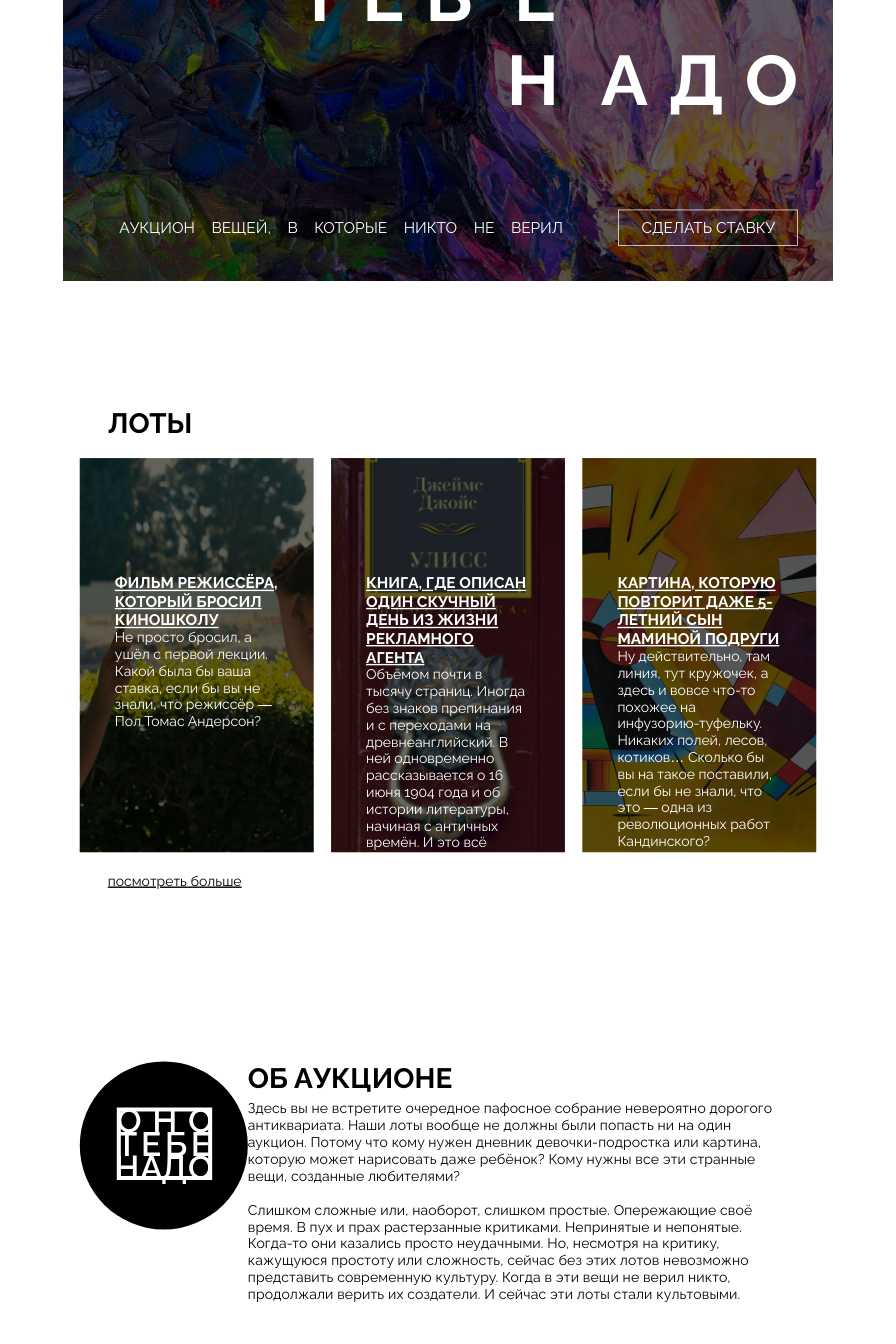
Repository: Smoyki/ono-tebe-nado
Page: index.html
An editor plug-in stored every save of this project. The page is shown before and after the next save, followed by the edit.
The browser window is 1280 px wide. The pictures show the part of the page from y = 649 to 2569 px (the page is 4724 px tall), at 70% of full size.

Above is the page before, as saved 2024-04-16 21:40:35.

After the next save:
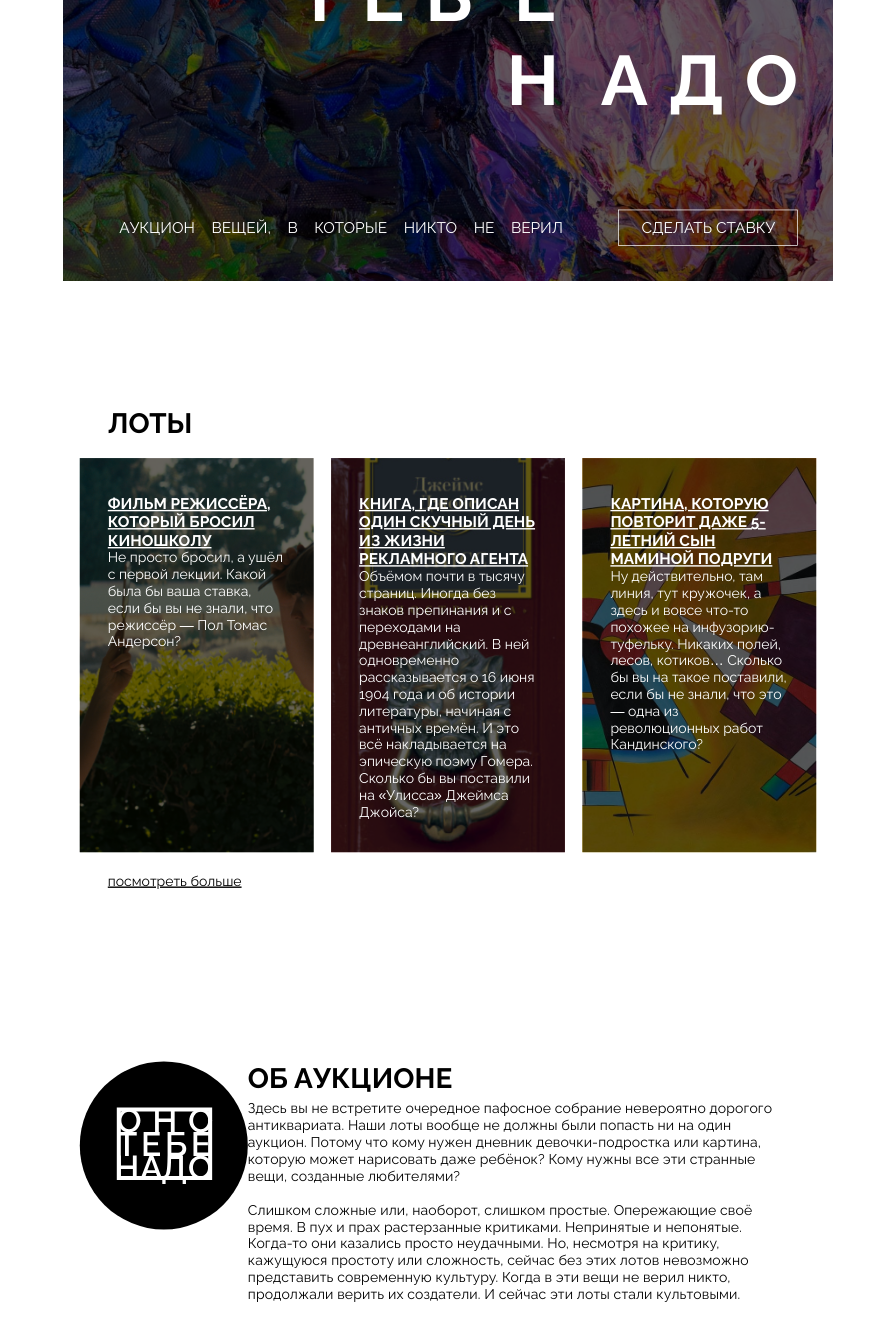
Saved 6 s later.
--- a/styles/style.css
+++ b/styles/style.css
@@ -271,6 +271,7 @@
   width: 100%;
   height: 100%;
   background: rgba(0, 0, 0, 0.6);
+  padding: 51px 40px 48px 40px;
 }
 
 .lots__look-more-link {
